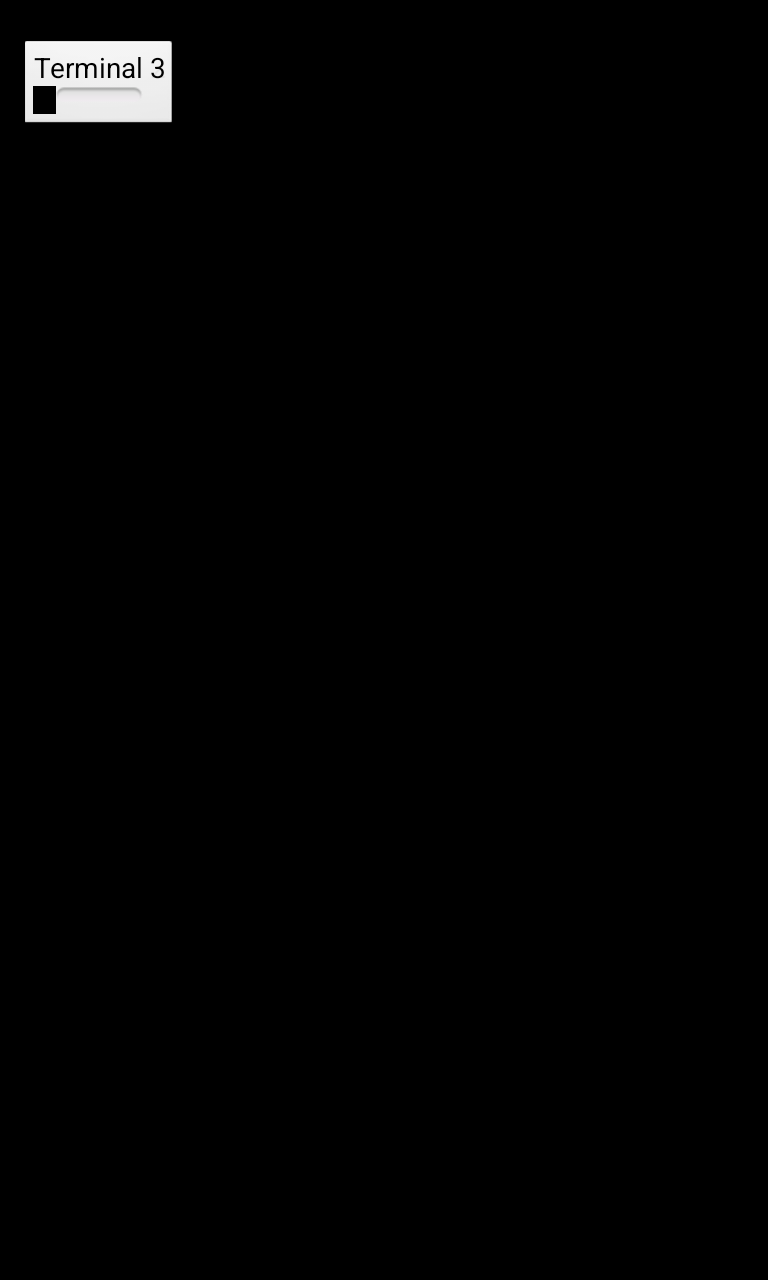
Repository: deanzaka/Shroom-Smart-Terminal
Layout: IOIOShroomST/res/layout/main.xml
These files come from the project's save history. The layout is drawn as it stood at one moment and after the next save; the edit follows.
It is drawn on a 768 x 1280 px phone screen (xhdpi) without system bars, with theme android:Theme; the app's code is not run.

Above is the layout before, as saved 2014-11-16 14:05:30.

After the next save:
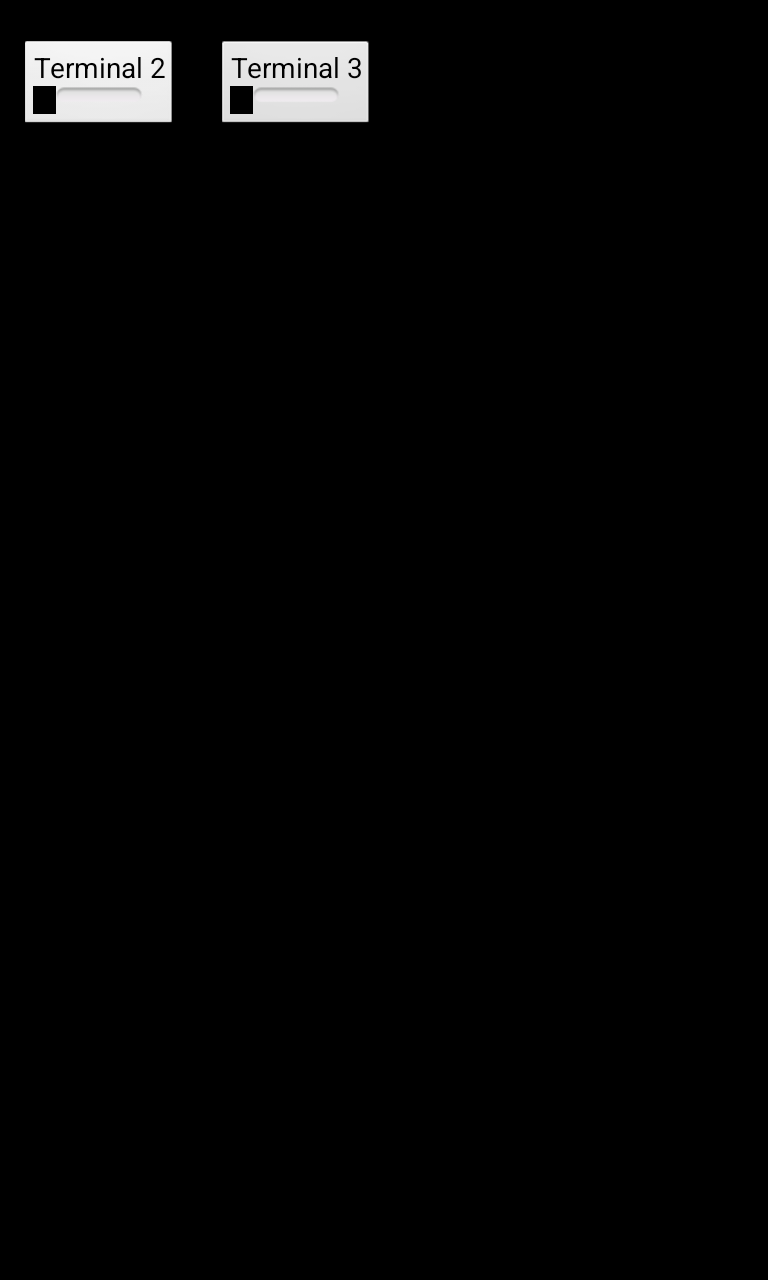
Saved 32 s later.
--- a/IOIOShroomST/res/layout/main.xml
+++ b/IOIOShroomST/res/layout/main.xml
@@ -34,6 +34,7 @@
 			android:id="@+id/Terminal3"
 			android:layout_width="wrap_content"
 			android:layout_height="wrap_content"
+			android:layout_toRightOf="@id/Terminal2"
 			android:layout_margin="10dp"
 			android:text="@string/terminal_3"
 			android:textOn="@string/terminal_3"
